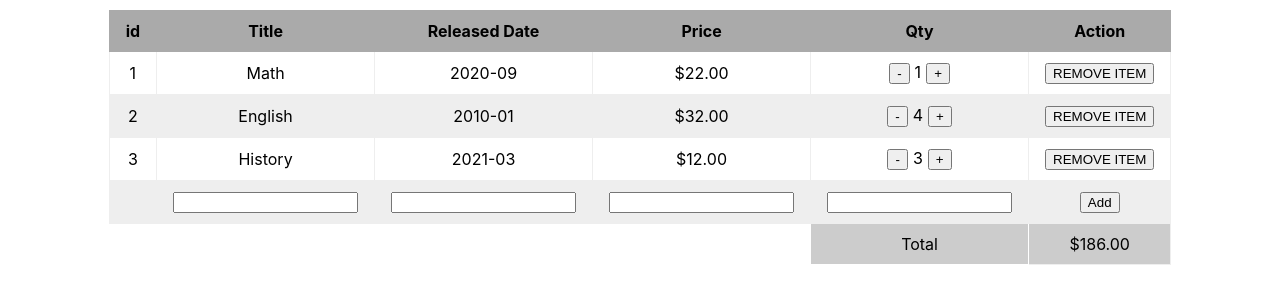
Repository: vgg1kkh/myBookStoreBasket
Page: /
An editor plug-in stored every save of this project. The page is shown before and after a run of saves, followed by the edit.
The browser window is 1280 px wide. The pictures show the whole page.
The project was rebuilt for these pictures with package versions that can differ from the ones it lists, and the page was loaded fresh each time.

Above is the page before, as saved 2021-10-07 21:17:31.

After the next 2 saves:
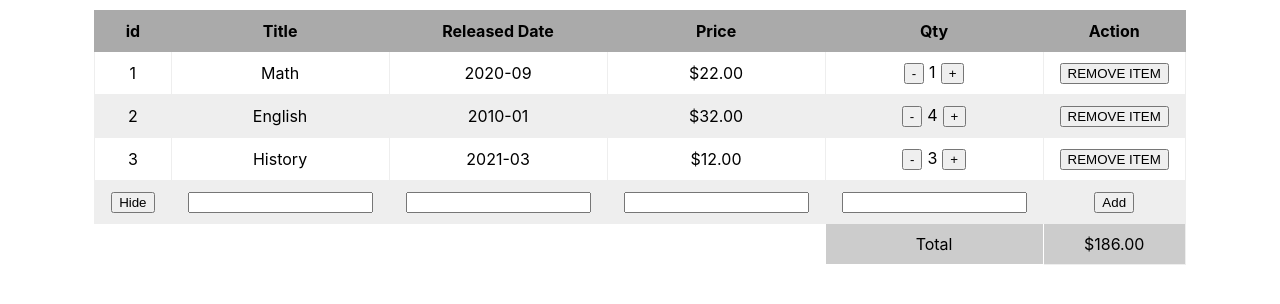
The 2 saves are shown as one change because they came seconds apart.
The last was saved 11 s later.
--- a/src/App.js
+++ b/src/App.js
@@ -105,7 +105,7 @@ export default class App extends Component {
                 ? this.renderBooks()
                 : this.renderEmyptTip()}
               <tr>
-                <td></td>
+                <td><button>Hide</button></td>
                 <td><input /></td>
                 <td><input /></td>
                 <td><input /></td>
